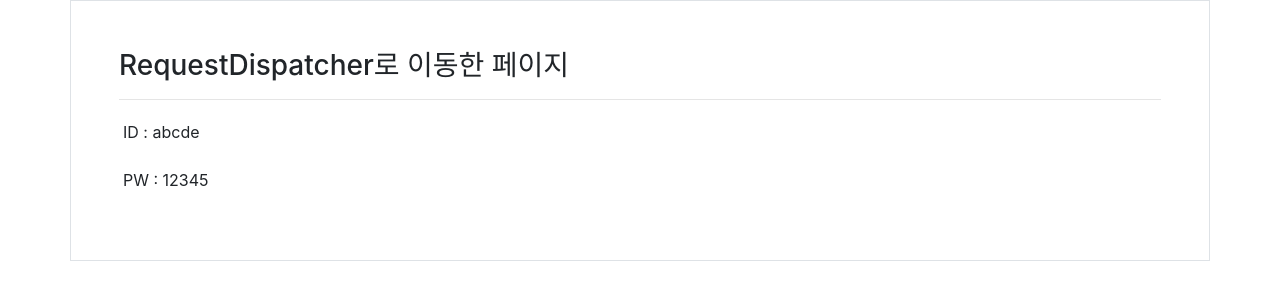
Repository: rasz60/ezen
Page: http://localhost/jsp_servlet_23_ex01/DEx
An editor plug-in stored every save of this project. The page is shown before and after the next save, followed by the edit.
The browser window is 1280 px wide. The pictures show the whole page.
Some web libraries are served in a nearby version. The page is served by Tomcat 9.

Above is the page before, as saved 2022-02-14 05:43:53.

After the next save:
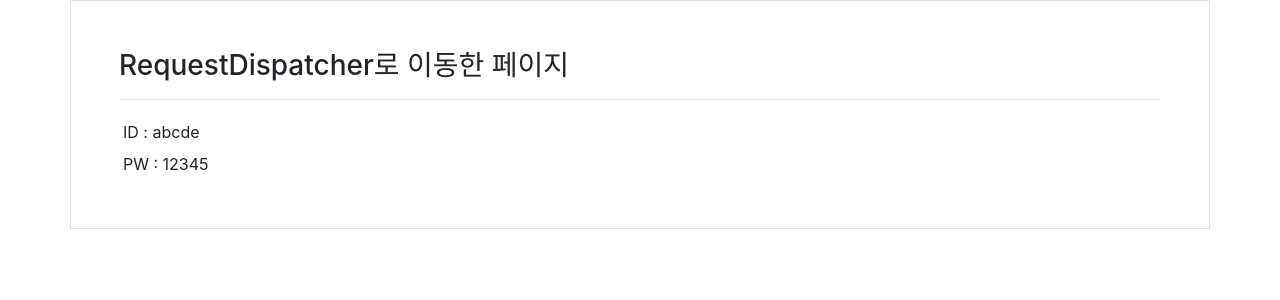
Saved 50 s later.
--- a/04_jsp_servlet-workspace/jsp_servlet_23_ex01/src/main/webapp/dispatcherJSP.jsp
+++ b/04_jsp_servlet-workspace/jsp_servlet_23_ex01/src/main/webapp/dispatcherJSP.jsp
@@ -25,8 +25,8 @@
 <div class="container border p-5">
 	<h3>RequestDispatcher로 이동한 페이지</h3>
 	<hr />
-	<p class="p-1">ID : ${requestScope.id}</p>
-	<p class="p-1">PW : ${requestScope.pwd}</p>
+	<p class="p-1 mb-0">ID : ${requestScope.id}</p>
+	<p class="p-1 mb-0">PW : ${requestScope.pwd}</p>
 </div>
 </body>
 </html>
